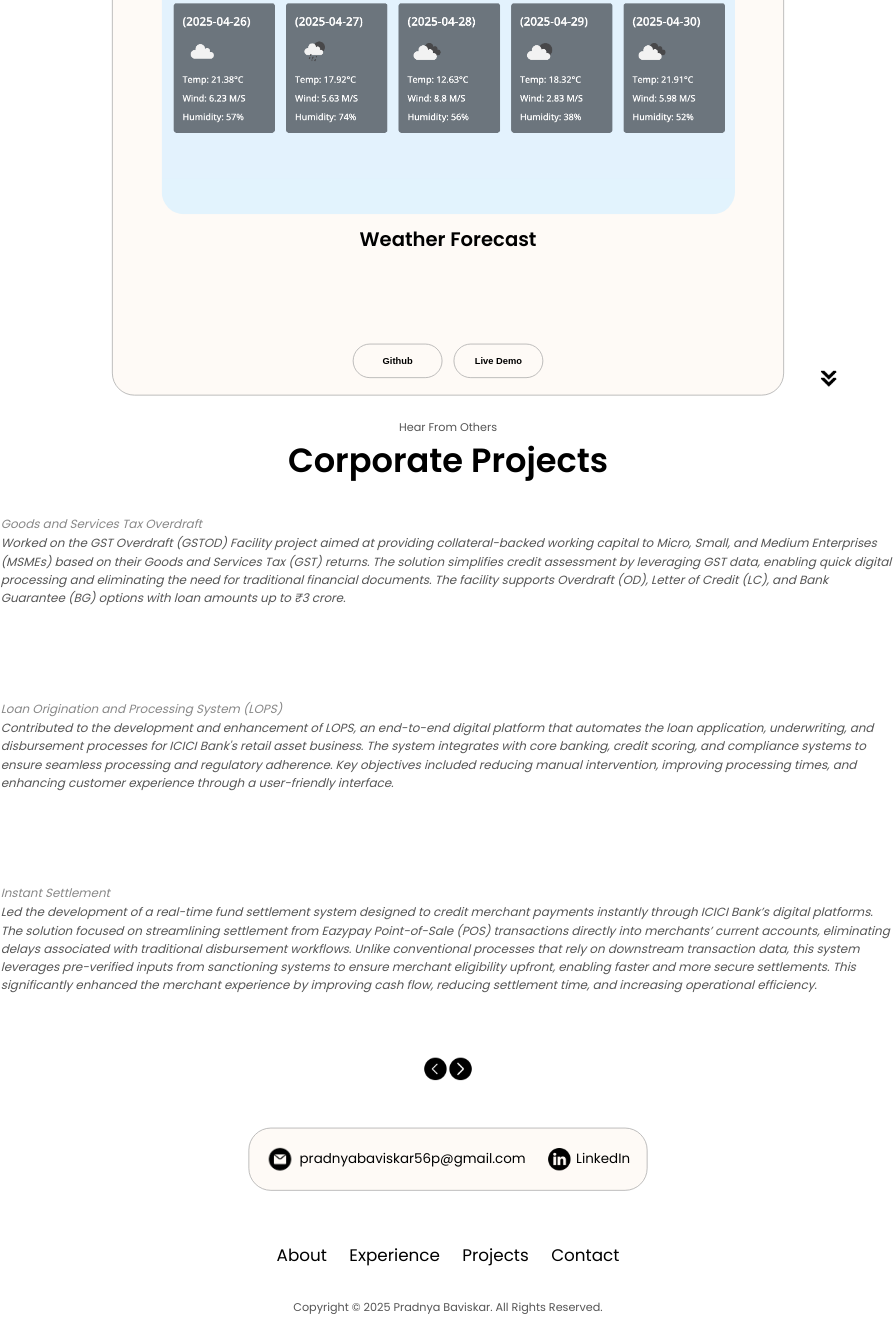
Repository: Pradnya-07/Portfolio-Pradnya
Page: index.html
An editor plug-in stored every save of this project. The page is shown before and after the next save, followed by the edit.
The browser window is 1280 px wide. The pictures show the part of the page from y = 4340 to 6260 px (the page is 6260 px tall before and 5307 px after), at 70% of full size.
A picture or video elsewhere on the page could not be fetched, so the positions and the page height are approximate.

Above is the page before, as saved 2025-05-04 12:29:42.

After the next save:
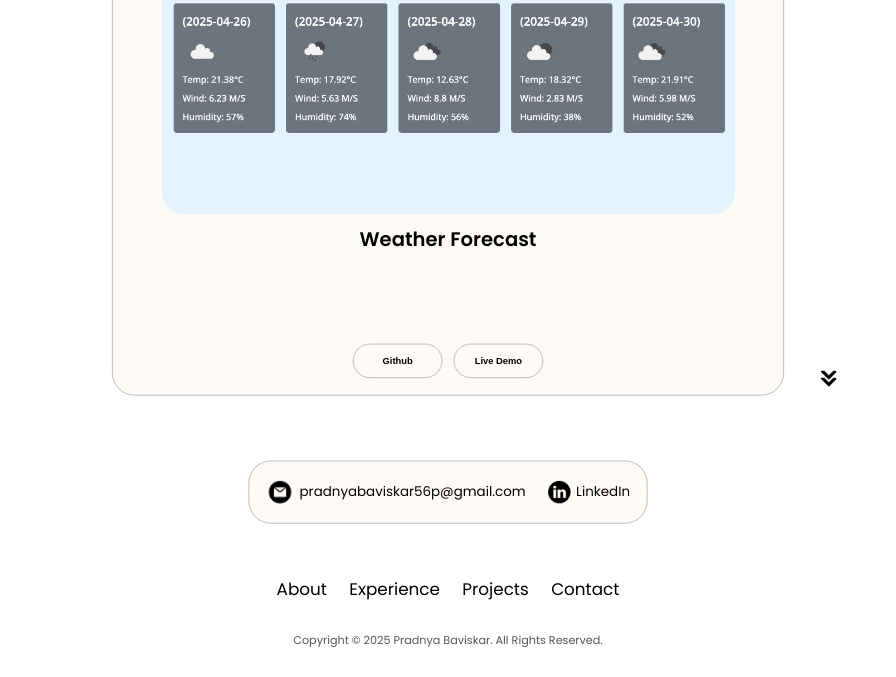
Saved 19 s later.
--- a/index.html
+++ b/index.html
@@ -422,65 +422,6 @@
   </section>
 
 
-  <div class="testimonials-container">
-    <p class="section__text__p1">Hear From Others</p>
-    <h1 class="title">Corporate Projects</h1>
-    <div class="corporate">
-      <p class="numbertext">Goods and Services Tax Overdraft</p>
-      <p class="testtext">
-        Worked on the GST Overdraft (GSTOD) Facility project aimed at providing collateral-backed working
-        capital to Micro, Small, and Medium Enterprises (MSMEs) based on their Goods and Services Tax (GST) returns.
-        The solution simplifies credit assessment by leveraging GST data, enabling quick digital processing and
-        eliminating the need for traditional financial documents.
-        The facility supports Overdraft (OD), Letter of Credit (LC), and Bank Guarantee (BG) options with loan amounts
-        up to ₹3 crore.
-      </p>
-
-    </div>
-
-
-    <div class="corporate">
-      <p class="numbertext">Loan Origination and Processing System (LOPS)</p>
-      <p class="testtext">
-        Contributed to the development and enhancement of LOPS,
-        an end-to-end digital platform that automates the loan application, underwriting, and disbursement processes for
-        ICICI Bank's retail asset business.
-        The system integrates with core banking, credit scoring, and compliance systems to ensure seamless processing
-        and regulatory adherence.
-        Key objectives included reducing manual intervention, improving processing times, and enhancing customer
-        experience through a user-friendly interface.
-      </p>
-
-    </div>
-
-
-    <div class="corporate">
-      <p class="numbertext">Instant Settlement </p>
-      <p class="testtext">
-        Led the development of a real-time fund settlement system designed to credit merchant payments instantly through
-        ICICI Bank’s digital platforms.
-        The solution focused on streamlining settlement from Eazypay Point-of-Sale (POS) transactions directly into
-        merchants’ current accounts, eliminating delays associated with traditional disbursement workflows.
-        Unlike conventional processes that rely on downstream transaction data, this system leverages pre-verified
-        inputs from sanctioning systems to ensure merchant eligibility upfront, enabling faster and more secure
-        settlements.
-        This significantly enhanced the merchant experience by improving cash flow, reducing settlement time, and
-        increasing operational efficiency.
-      </p>
-
-    </div>
-
-
-    <div>
-      <a class="corpprev">
-        <img class="icon" src="./assets/leftarrow.png" alt="left" />
-
-      </a>
-      <a class="corpnext">
-        <img class="icon" src="./assets/rightarrow.png" alt="right" />
-      </a>
-    </div>
-  </div>
 
 
 

After the save that followed:
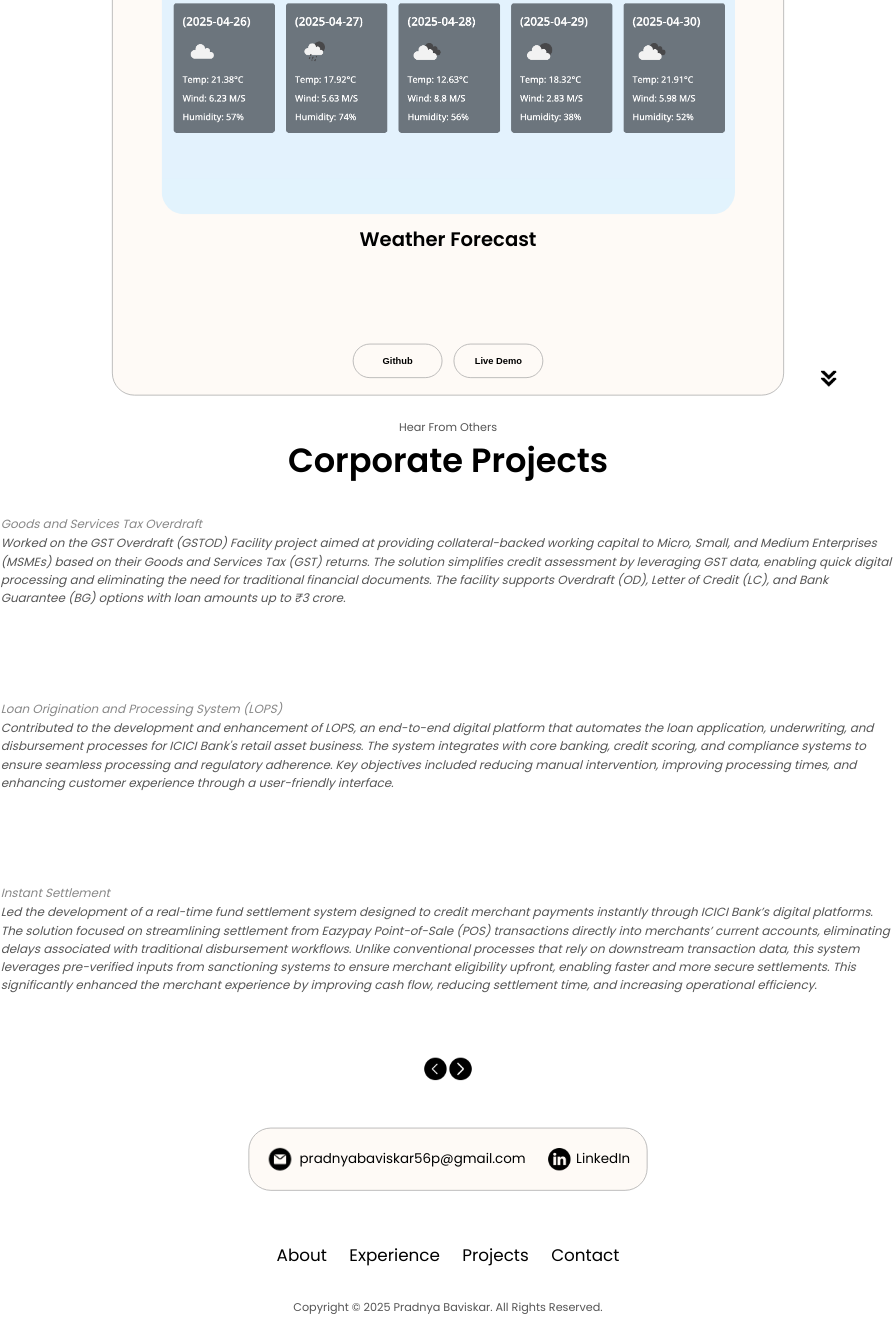
Saved 31 s later.
--- a/index.html
+++ b/index.html
@@ -422,6 +422,65 @@
   </section>
 
 
+  <div class="testimonials-container">
+    <p class="section__text__p1">Hear From Others</p>
+    <h1 class="title">Corporate Projects</h1>
+    <div class="corporate">
+      <p class="numbertext">Goods and Services Tax Overdraft</p>
+      <p class="testtext">
+        Worked on the GST Overdraft (GSTOD) Facility project aimed at providing collateral-backed working
+        capital to Micro, Small, and Medium Enterprises (MSMEs) based on their Goods and Services Tax (GST) returns.
+        The solution simplifies credit assessment by leveraging GST data, enabling quick digital processing and
+        eliminating the need for traditional financial documents.
+        The facility supports Overdraft (OD), Letter of Credit (LC), and Bank Guarantee (BG) options with loan amounts
+        up to ₹3 crore.
+      </p>
+
+    </div>
+
+
+    <div class="corporate">
+      <p class="numbertext">Loan Origination and Processing System (LOPS)</p>
+      <p class="testtext">
+        Contributed to the development and enhancement of LOPS,
+        an end-to-end digital platform that automates the loan application, underwriting, and disbursement processes for
+        ICICI Bank's retail asset business.
+        The system integrates with core banking, credit scoring, and compliance systems to ensure seamless processing
+        and regulatory adherence.
+        Key objectives included reducing manual intervention, improving processing times, and enhancing customer
+        experience through a user-friendly interface.
+      </p>
+
+    </div>
+
+
+    <div class="corporate">
+      <p class="numbertext">Instant Settlement </p>
+      <p class="testtext">
+        Led the development of a real-time fund settlement system designed to credit merchant payments instantly through
+        ICICI Bank’s digital platforms.
+        The solution focused on streamlining settlement from Eazypay Point-of-Sale (POS) transactions directly into
+        merchants’ current accounts, eliminating delays associated with traditional disbursement workflows.
+        Unlike conventional processes that rely on downstream transaction data, this system leverages pre-verified
+        inputs from sanctioning systems to ensure merchant eligibility upfront, enabling faster and more secure
+        settlements.
+        This significantly enhanced the merchant experience by improving cash flow, reducing settlement time, and
+        increasing operational efficiency.
+      </p>
+
+    </div>
+
+
+    <div>
+      <a class="corpprev">
+        <img class="icon" src="./assets/leftarrow.png" alt="left" />
+
+      </a>
+      <a class="corpnext">
+        <img class="icon" src="./assets/rightarrow.png" alt="right" />
+      </a>
+    </div>
+  </div>
 
 
 
